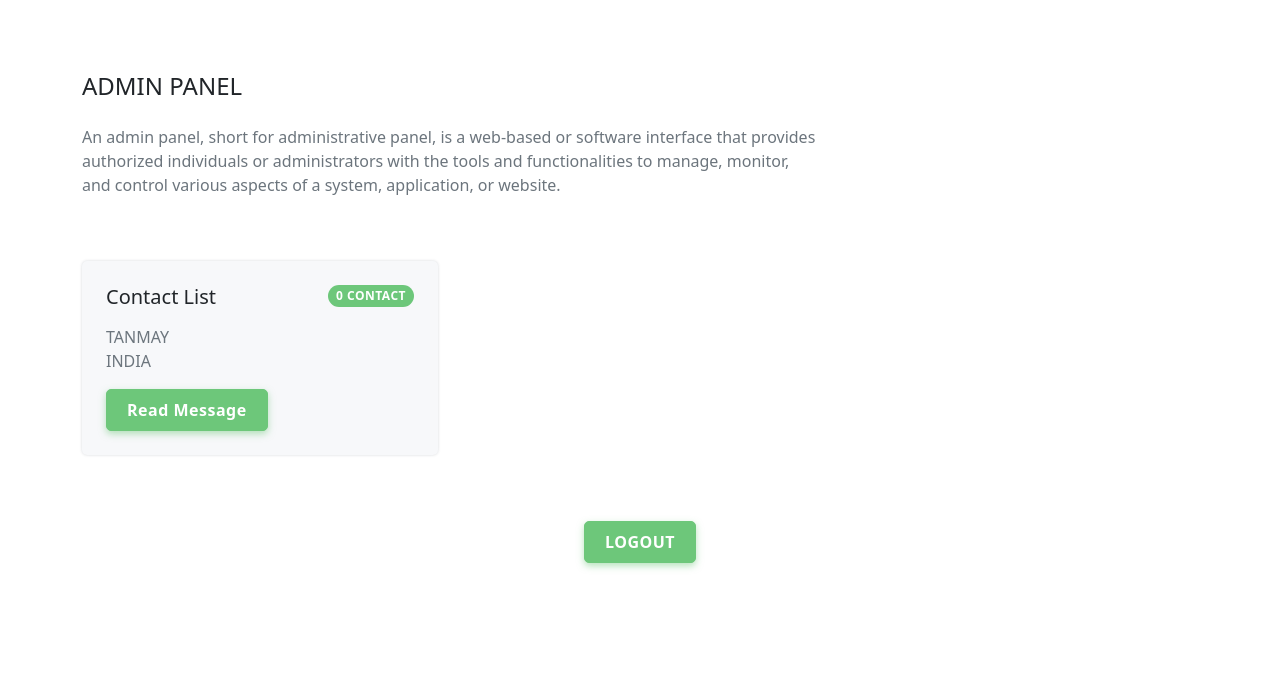
Repository: Tanmay-Kayande/Myportfolio
Page: http://localhost/myproject/admin.jsp
These files come from the project's save history. The page is drawn as it stood at one moment and after the next save; the edit follows.
The browser window is 1280 px wide. The pictures show the whole page.
Some web libraries are served in a nearby version. The page is served by Tomcat 9. The session is filled in as if someone had signed in: {"login": "exist"}.

Above is the page before, as saved 2024-01-19 13:21:50.

After the next save:
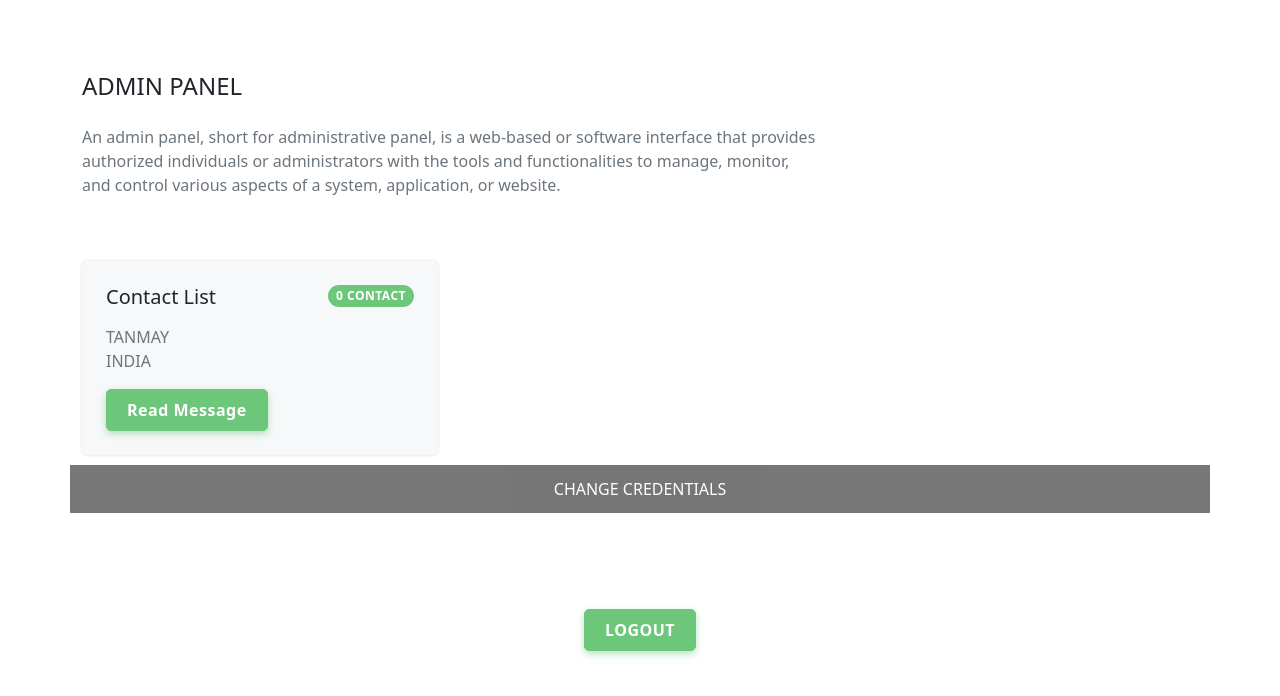
Saved 30 min 42 s later.
--- a/myproject/src/main/webapp/admin.jsp
+++ b/myproject/src/main/webapp/admin.jsp
@@ -120,6 +120,79 @@ body {
 a {
 	text-decoration: none;
 }
+
+ {box-sizing: border-box;}
+
+/* Button used to open the contact form - fixed at the bottom of the page */
+.open-button {
+
+  background-color: #555;
+  color: white;
+  padding: 12px 20px;
+  border: none;
+  cursor: pointer;
+  opacity: 0.8;
+  bottom: 30px;
+  margin-right: auto;
+  margin-left: auot;
+  margin-bottom: 30px;
+  margin-top:10px;
+}
+
+/* The popup form - hidden by default */
+.form-popup {
+  display: none;
+  position: fixed;
+  bottom: 0;
+  right: 15px;
+  border: 3px solid #f1f1f1;
+  z-index: 9;
+}
+
+/* Add styles to the form container */
+.form-container {
+  max-width: 300px;
+  padding: 10px;
+  background-color: white;
+}
+
+/* Full-width input fields */
+.form-container input[type=text], .form-container input[type=password] {
+  width: 100%;
+  padding: 15px;
+  margin: 5px 0 22px 0;
+  border: none;
+  background: #f1f1f1;
+}
+
+/* When the inputs get focus, do something */
+.form-container input[type=text]:focus, .form-container input[type=password]:focus {
+  background-color: #ddd;
+  outline: none;
+}
+
+/* Set a style for the submit/login button */
+.form-container .btn {
+  background-color: #04AA6D;
+  color: white;
+  padding: 16px 20px;
+  border: none;
+  cursor: pointer;
+  width: 100%;
+  margin-bottom:10px;
+  opacity: 0.8;
+}
+
+/* Add a red background color to the cancel button */
+.form-container .cancel {
+  background-color: red;
+}
+
+/* Add some hover effects to buttons */
+.form-container .btn:hover, .open-button:hover {
+  opacity: 1;
+}
+
 </style>
 </head>
 
@@ -161,6 +234,31 @@ a {
 				</div>
 			</div>
 
+
+			<!-- A button to open the popup form -->
+			<button class="open-button" onclick="openForm()">CHANGE
+				CREDENTIALS</button>
+
+			<!-- The form -->
+			<div class="form-popup" id="myForm">
+				<form action="Auth" method="post" class="form-container">
+					<h1>Login</h1>
+
+					<label for="email"><b>Old Password</b></label> <input type="text"
+						placeholder="Enter old password" name="opass" required> <label
+						for="psw"><b>New Password</b></label> <input type="password"
+						placeholder="Enter Password" name="npass" required> <label
+						for="psw"><b>Confirm Password</b></label> <input type="password"
+						placeholder="Enter Confirm Password" name="cpass" required>
+
+					<input type="hidden" name="check" value="change">
+
+					<button type="submit" class="btn">Update</button>
+					<button type="button" class="btn cancel" onclick="closeForm()">Close</button>
+				</form>
+			</div>
+
+
 			<div style="text-align: center; padding-top: 50px;" class="mt-3">
 				<form action="Auth" method="post">
 					<input type ="hidden" name = "check" value = "Logout">
